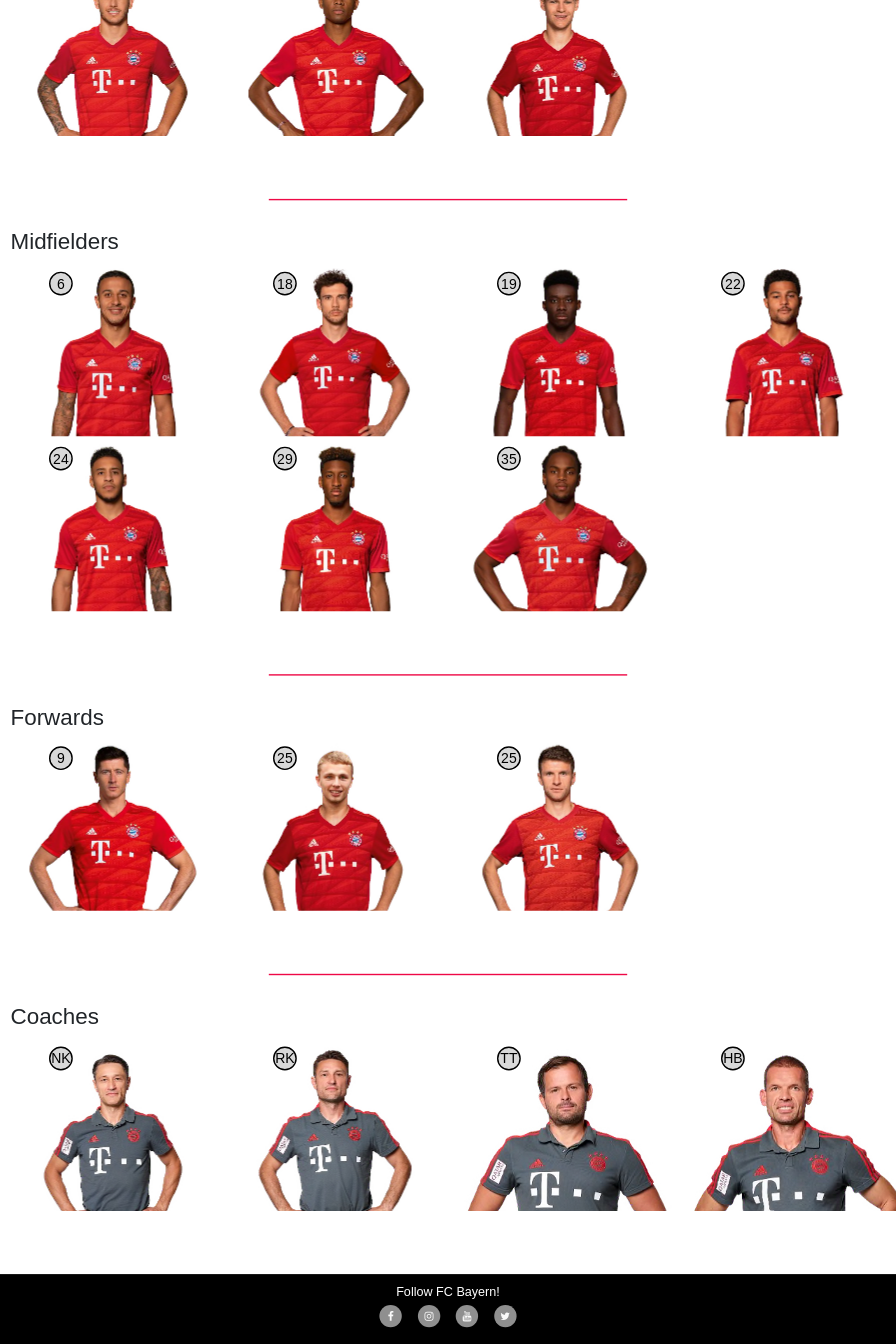
Repository: Code-Institute-Submissions/alnibo-milestone-project-1
Page: team.html
The author's editor kept a record of every edit. The page is drawn from the files as they stood at one moment, then again after the next edit.
The browser window is 1280 px wide. The pictures show the part of the page from y = 1683 to 3603 px (the page is 3603 px tall), at 70% of full size.
Some web fonts or font styles are not loaded; a fallback is used.

Above is the page before.

After the next edit:
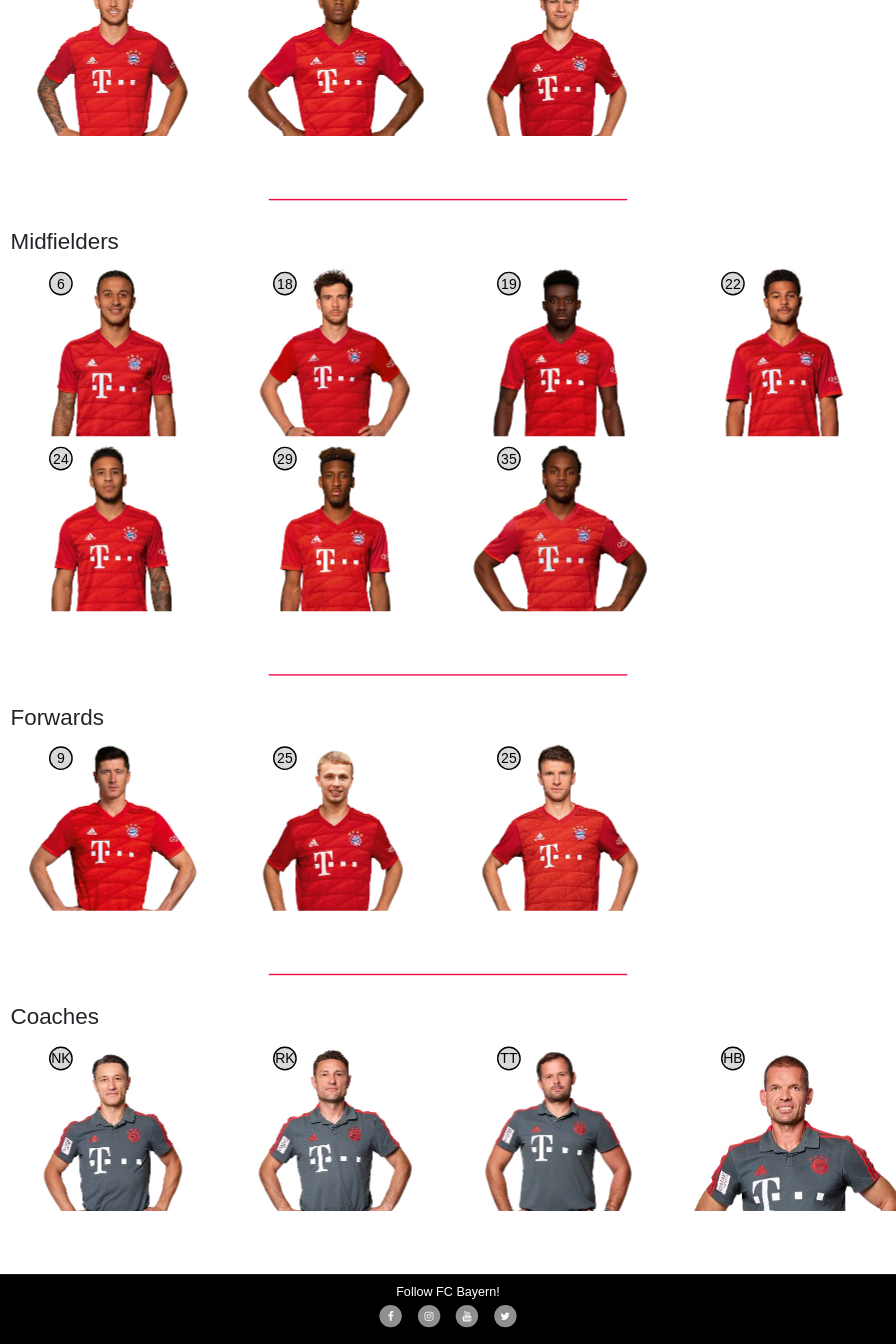
The edit:
--- a/team.html
+++ b/team.html
@@ -263,7 +263,7 @@
             </div>
 
             <div class="col-12 col-md-6 col-lg-4 col-xl-3 player-pic">
-                <img src="assets/images/tonitapalovic.jpg" alt="Toni Tapalovic">
+                <img src="assets/images/tonitapalovic.jpg" width="250" height="300" alt="Toni Tapalovic">
                 <div class="text-centered1">Toni Tapalovic</div>
                 <div class="text-centered2">Goalkeeping coach</div>
                 <div class="shirt-number">TT</div>
